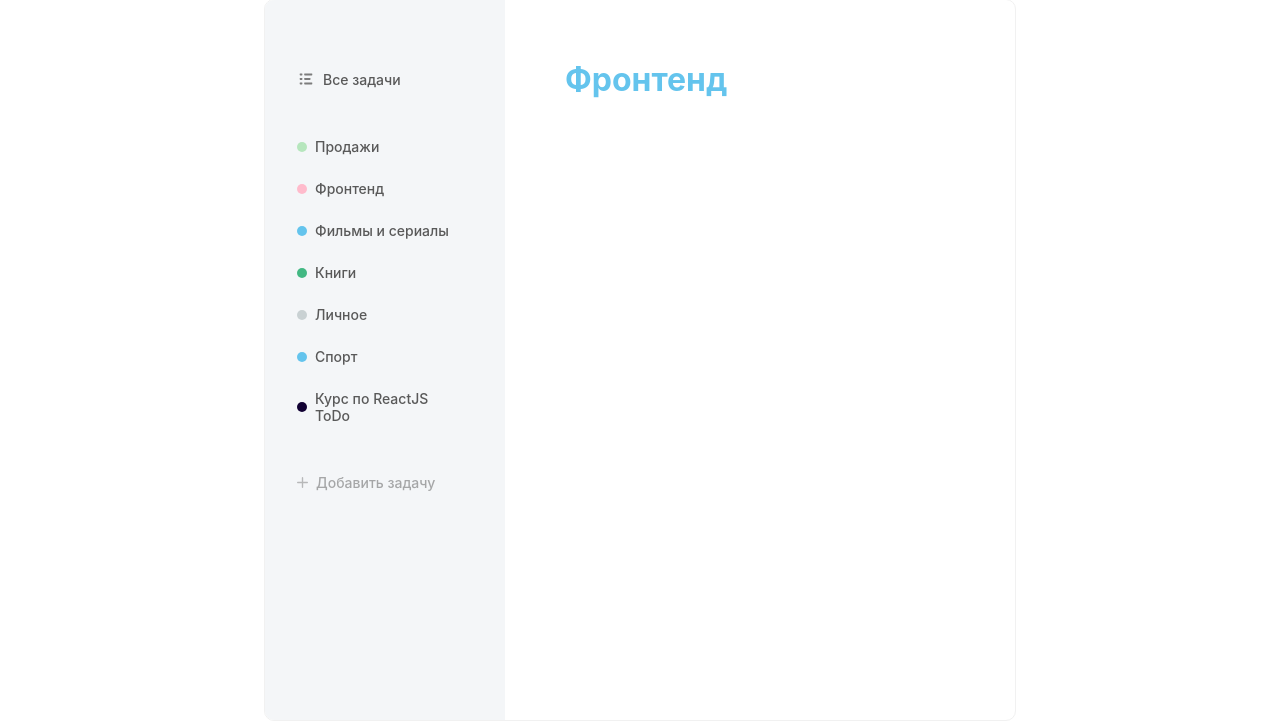
Repository: AzimAzimov/Todo
Page: /
These files come from the project's save history. The page is drawn as it stood at one moment and after the next save; the edit follows.
The browser window is 1280 px wide. The pictures show the whole page.
The project was rebuilt for these pictures with package versions that can differ from the ones it lists, and the page was loaded fresh each time. Also part of the build but not shown: src/components/addButtonList/AddListButton.scss.

Above is the page before, as saved 2023-03-01 15:34:38.

### src/index.js
import React from 'react';
import ReactDOM from 'react-dom/client';
import './scss/index.scss';
import App from './App';

const root = ReactDOM.createRoot(document.getElementById('root'));
root.render(
  <React.StrictMode>
    <App />
  </React.StrictMode>
);

### src/scss/index.scss
@import "_normalize.scss";

body {
  margin: 0;
  font-family: -apple-system, BlinkMacSystemFont, 'Segoe UI', 'Montserrat', 'Oxygen',
    'Ubuntu', 'Cantarell', 'Fira Sans', 'Droid Sans', 'Helvetica Neue',
    sans-serif;
  -webkit-font-smoothing: antialiased;
  -moz-osx-font-smoothing: grayscale;
}

.todo {
  display: flex;
  position: absolute;
  left: 50%;
  top: 50%;
  width: 750px;
  height: 100vh;
  transform: translate(-50%, -50%);
  border: 1px solid #f1f1f1;
  border-radius: 10px;
  overflow: hidden;
  font-size: 14px;
  &__sidebar {
    background: #F4F6F8;
    width: 200px;
    height: calc(100% - 120px);
    padding: 60px 20px;
  }

  &__tasks {
    flex: 1;
    padding: 60px;
    h2 {
      font-weight: 700;
      font-size: 32px;
      line-height: 39px;
      color: #64C4ED;
    }
  }

}

### src/App.js
import React, { useState } from 'react';
import AddButtonList from './components/addButtonList/AddButtonList';

import List from './components/sidebar/List';
import DB from './assets/db.json'
import './scss/index.scss';


function App() {

  const [ value, setValue ] = useState('')
  const [ lists, setLists ] = useState(
    DB.lists.map(item => {
      item.color = DB.colors.filter(color => color.id === item.colorId)[0].name;
      return item;
    })
  )

  const onAddList = (obj) => {
    const newList = [...lists, obj]
    setLists(newList)
    console.log("Добавлен список", newList, lists);
  }

  return (
    <div className="todo">
      <div className="todo__sidebar">
        <List items={[
          {
            icon: (
              <svg width="18" height="18" viewBox="0 0 18 18" fill="none" xmlns="http://www.w3.org/2000/svg">
                <path d="M12.96 8.10001H7.74001C7.24321 8.10001 7.20001 8.50231 7.20001 9.00001C7.20001 9.49771 7.24321 9.90001 7.74001 9.90001H12.96C13.4568 9.90001 13.5 9.49771 13.5 9.00001C13.5 8.50231 13.4568 8.10001 12.96 8.10001V8.10001ZM14.76 12.6H7.74001C7.24321 12.6 7.20001 13.0023 7.20001 13.5C7.20001 13.9977 7.24321 14.4 7.74001 14.4H14.76C15.2568 14.4 15.3 13.9977 15.3 13.5C15.3 13.0023 15.2568 12.6 14.76 12.6ZM7.74001 5.40001H14.76C15.2568 5.40001 15.3 4.99771 15.3 4.50001C15.3 4.00231 15.2568 3.60001 14.76 3.60001H7.74001C7.24321 3.60001 7.20001 4.00231 7.20001 4.50001C7.20001 4.99771 7.24321 5.40001 7.74001 5.40001ZM4.86001 8.10001H3.24001C2.74321 8.10001 2.70001 8.50231 2.70001 9.00001C2.70001 9.49771 2.74321 9.90001 3.24001 9.90001H4.86001C5.35681 9.90001 5.40001 9.49771 5.40001 9.00001C5.40001 8.50231 5.35681 8.10001 4.86001 8.10001ZM4.86001 12.6H3.24001C2.74321 12.6 2.70001 13.0023 2.70001 13.5C2.70001 13.9977 2.74321 14.4 3.24001 14.4H4.86001C5.35681 14.4 5.40001 13.9977 5.40001 13.5C5.40001 13.0023 5.35681 12.6 4.86001 12.6ZM4.86001 3.60001H3.24001C2.74321 3.60001 2.70001 4.00231 2.70001 4.50001C2.70001 4.99771 2.74321 5.40001 3.24001 5.40001H4.86001C5.35681 5.40001 5.40001 4.99771 5.40001 4.50001C5.40001 4.00231 5.35681 3.60001 4.86001 3.60001Z" fill="black"/>
              </svg>
            ),
            name: 'Все задачи',
          }
        ]} />
        <List
          items={lists}
          isRemovable={true}
          onRemove={(eee)=> {console.log(eee)}}
        />
        <AddButtonList onAdd={onAddList} colors={DB.colors} />
      </div>
      <div className='todo__tasks'>
        <h2>Фронтенд</h2>
      </div>
    </div>
  );
}

export default App;

### src/scss/_normalize.scss
* {
  padding: 0;
  margin: 0;
  list-style: none;
  outline: none;
}

html {
  -ms-text-size-adjust: 100%;
  -webkit-text-size-adjust: 100%;
}

body {
  -moz-osx-font-smoothing: grayscale;
  -webkit-font-smoothing: antialiased;

}

a,
span,
p,
b,
h1,
h2,
h3,
h4,
h5 {
  margin: 0;
  padding: 0;
  text-decoration: none
}

h1 {
  font-size: 48px;
}

h2 {
  font-weight: 600;
  font-size: 28px;
  line-height: 30px;
}

a {
  text-decoration: none;
}

### src/components/addButtonList/AddButtonList.jsx
import React, { useState } from 'react'

import Badge from '../badge/Badge';
import List from '../sidebar/List'
import closePopup from "../../assets/img/close.svg"
import "./AddListButton.scss"


const AddButtonList = ({ colors, onAdd }) => {
  const [visiblePopup, setVisiblePopup] = useState(false);
  const [selectedColor, selectColor] = useState(colors[0].id);
  const [inputValue, setInputValue] = useState('')

  const onClose = () => {
    setVisiblePopup(false)
    setInputValue('')
    selectColor(colors[0].id)
  }

  const addList = () => {
    if (!inputValue) {
      alert('Введи название списка епт...')
      return;
    }
    const color = colors.filter(c => c.id === selectedColor)[0].name;
    onAdd({ id: Math.random(), name: inputValue, color: color });
    onClose()
  }

  return (
    <div className="add__list">
      <List
        onClick={()=> setVisiblePopup(true)}
        items={[
          {
            className: 'todo__list__button',
            icon: (
              <svg width="11" height="11" viewBox="0 0 16 16" fill="none" xmlns="http://www.w3.org/2000/svg">
                <path d="M8 1V15" stroke="black" strokeWidth="2" strokeLinecap="round" strokeLinejoin="round"/>
                <path d="M1 8H15" stroke="black" strokeWidth="2" strokeLinecap="round" strokeLinejoin="round"/>
              </svg>
            ),
            name: 'Добавить задачу'
          }
        ]}
      />
      {visiblePopup &&
        <div className="add__list__popup">
          <img onClick={onClose} src={closePopup} alt="close" className="add__list__popup__close" />

          <input
            value={inputValue}
            onChange={e => setInputValue(e.target.value)}
            className='field'
            type='text'
            placeholder='Название списка'
          />

          <div className="add__list__popup__colors">
            {colors.map(color => (
              <Badge
                onClick={()=> selectColor(color.id)}
                key={color.id}
                color={color.name}
                className={selectedColor === color.id && 'active'}
              />
            ))}
          </div>
          <button
            className='button'
            onClick={addList}
          >
            Добавить
          </button>
        </div>
      }
    </div>
  )
}

export default AddButtonList

### src/components/sidebar/List.jsx
import React from 'react'
import classNames from 'classnames';

import './List.scss';
import Badge from '../badge/Badge';
import removeIcon from '../../assets/img/remove.svg'


const List = ({ items, isRemovable, onClick, onRemove }) => {

  const removeList = (item) => {
    if (window.confirm('Удалить список, ёпт?')) {
      onRemove(item)
    }
  }

  return (
    <ul onClick={onClick} className='todo__list'>
      {items.map((item, index) => (
        <li key={index} className={classNames(item.className, { active: item.active })}>
          <i>{item.icon ? item.icon : <Badge color={item.color} />}</i>
          <span>{item.name}</span>
          {isRemovable &&
            <img
              onClick={()=> removeList(item)}
              className='todo__list__remove__icon'
              src={removeIcon} alt="remove"
            />
          }
        </li>
      ))}
    </ul>
  )
}

export default List

### src/assets/db.json
{
  "lists": [
    {
      "id": 1,
      "name": "Продажи",
      "colorId": 5
    },
    {
      "id": 2,
      "name": "Фронтенд",
      "colorId": 4
    },
    {
      "id": 3,
      "name": "Фильмы и сериалы",
      "colorId": 3
    },
    {
      "id": 4,
      "name": "Книги",
      "colorId": 2
    },
    {
      "id": 5,
      "name": "Личное",
      "colorId": 1
    },
    {
      "name": "Спорт",
      "colorId": 3,
      "id": 6
    },
    {
      "name": "Курс по ReactJS ToDo",
      "colorId": 7,
      "id": 7
    }
  ],
  "tasks": [
    {
      "id": 1,
      "listId": 2,
      "text": "Изучить JavaScript",
      "completed": true
    },
    {
      "id": 2,
      "listId": 2,
      "text": "Изучить паттерны проектирования",
      "completed": false
    },
    {
      "id": 3,
      "listId": 2,
      "text": "ReactJS Hooks (useState, useReducer, useEffect и т.д.)",
      "completed": true
    },
    {
      "id": 4,
      "listId": 2,
      "text": "Redux (redux-observable, redux-saga)",
      "completed": false
    },
    {
      "listId": 2,
      "text": "123",
      "completed": true,
      "id": 5
    },
    {
      "listId": 1,
      "text": "test",
      "completed": false,
      "id": 6
    },
    {
      "listId": 1,
      "text": "qweqwe",
      "completed": false,
      "id": 7
    },
    {
      "listId": 1,
      "text": "qweqwe",
      "completed": true,
      "id": 8
    },
    {
      "listId": 1,
      "text": "123",
      "completed": false,
      "id": 9
    },
    {
      "listId": 4,
      "text": "Купить 1984!",
      "completed": true,
      "id": 10
    },
    {
      "listId": 2,
      "text": "222",
      "completed": true,
      "id": 12
    },
    {
      "listId": 7,
      "text": "Сделали сайдбар",
      "completed": true,
      "id": 15
    },
    {
      "listId": 7,
      "text": "Сделали список задач",
      "completed": true,
      "id": 16
    },
    {
      "listId": 7,
      "text": "Сделали удаление и редактирование задач и списков",
      "completed": true,
      "id": 17
    },
    {
      "listId": 8,
      "text": "tttt",
      "completed": false,
      "id": 18
    }
  ],
  "colors": [
    {
      "id": 1,
      "hex": "#C9D1D3",
      "name": "grey"
    },
    {
      "id": 2,
      "hex": "#42B883",
      "name": "green"
    },
    {
      "id": 3,
      "hex": "#64C4ED",
      "name": "blue"
    },
    {
      "id": 4,
      "hex": "#FFBBCC",
      "name": "pink"
    },
    {
      "id": 5,
      "hex": "#B6E6BD",
      "name": "lime"
    },
    {
      "id": 6,
      "hex": "#C355F5",
      "name": "purple"
    },
    {
      "id": 7,
      "hex": "#110133",
      "name": "black"
    },
    {
      "id": 8,
      "hex": "#FF6464",
      "name": "red"
    }
  ]
}

### src/components/badge/Badge.jsx
import React from 'react'
import "./Barge.scss"


const Badge = ({ color, onClick, className }) => {
  return (
    <i onClick={onClick} className={`badge badge__${color} ${className}`}></i>
  )
}

export default Badge

### src/components/sidebar/List.scss

.todo__list {
  margin-bottom: 30px;
  &__button {
    opacity: 0.5;
    &:hover {
      opacity: 1;
    }
    svg {
      transition: all 0.3s ease;
      path {
        stroke: #7C7C7C;
      }
    }
    span {
      color: #7c7c7c;
      transition: all 0.3s ease;
    }
  }

  li {
    display: flex;
    align-items: center;
    gap: 8px;
    padding: 10px 12px;
    margin-bottom: 5px;
    cursor: pointer;
    position: relative;
    &:hover {
      background: rgba(190, 190, 190, 0.08);
      img {
        opacity: 0.3;
      }
    }

    .todo__list__remove__icon {
      opacity: 0;
      width: 10px;
      height: 10px;
      &:hover {
        opacity: 0.6;
      }
    }

    &.active {
      background: #FFFFFF;
      box-shadow: 0px 2px 10px rgba(0, 0, 0, 0.04);
      border-radius: 4px;
    }

    i {
      display: inline-flex;
      svg {
        path {
          fill: #7C7C7C;
        }
      }
    }

    span {
      font-weight: 500;
      color: #595959;
      flex: 1;
    }
  }
}

### src/components/badge/Barge.scss
  .badge {
    display: inline-block;
    width: 10px;
    height: 10px;
    border-radius: 50%;

    &__green {
      background-color: #42B883;
    }

    &__blue {
      background-color: #64C4ED;
    }

    &__pink {
      background-color: #FFBBCC;
    }

    &__red {
      background-color: #FF6464;
    }

    &__black {
      background-color: #110133;
    }

    &__purple {
      background-color: #C355F5;
    }

    &__lime {
      background-color: #B6E6BD;
    }

    &__grey {
      background-color: #C9D1D3;
    }

    &__purple {
      background-color: #C355F5;
    }
  }

Loaded but not shown: public/index.html (common file)

After the next save:
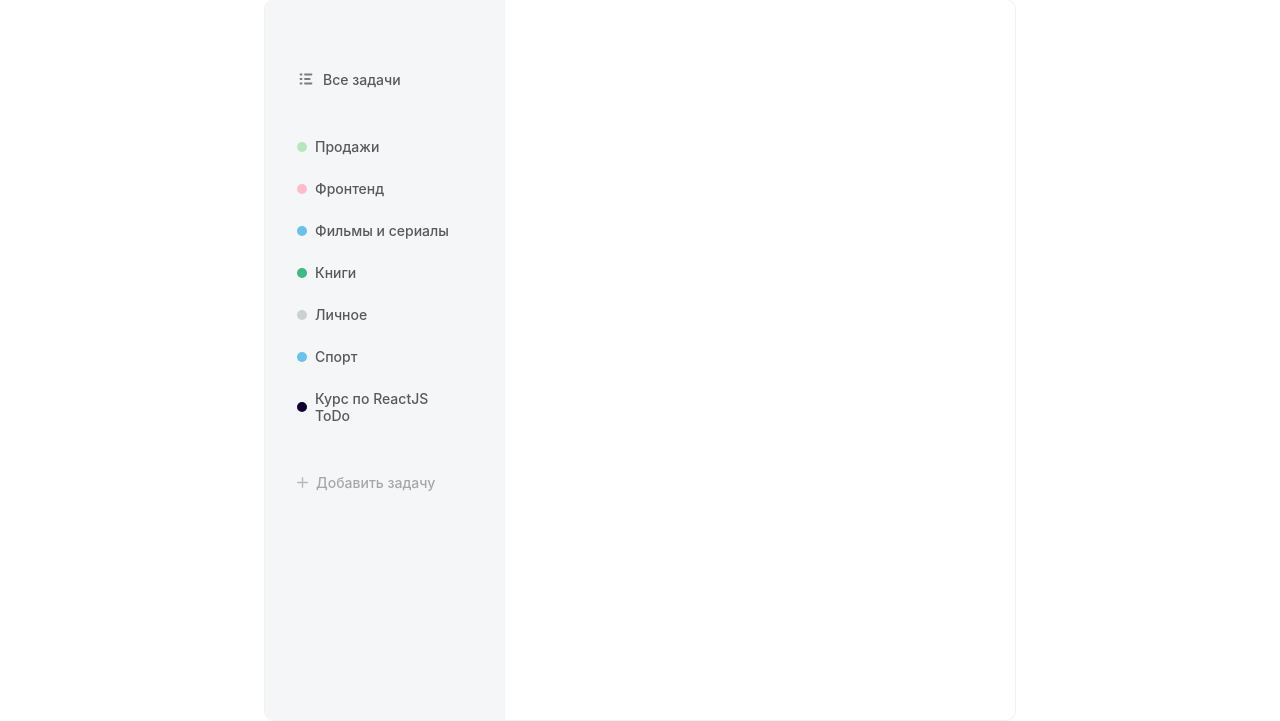
Saved 105 s later.
--- a/src/App.js
+++ b/src/App.js
@@ -43,7 +43,7 @@
         <AddButtonList onAdd={onAddList} colors={DB.colors} />
       </div>
       <div className='todo__tasks'>
-        <h2>Фронтенд</h2>
+
       </div>
     </div>
   );

After the 6 saves that followed:
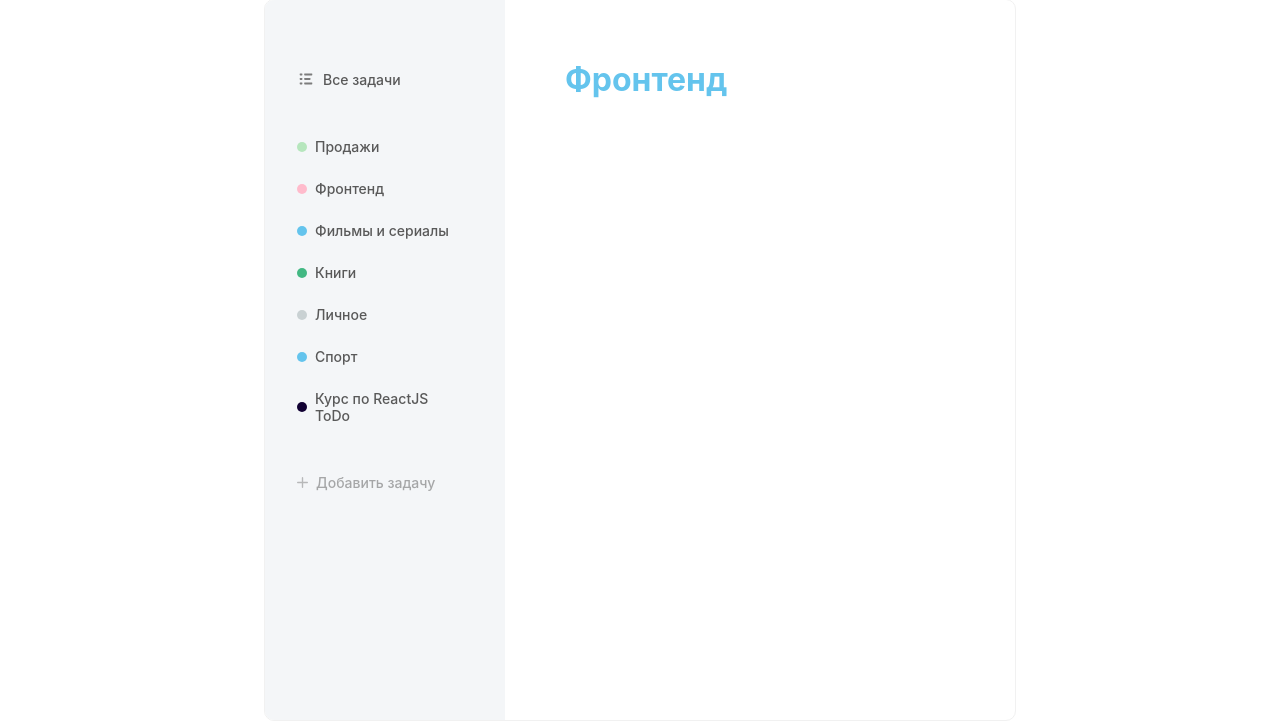
The 6 saves are shown as one change because 1 left the picture as it was and some came seconds apart.
The last was saved 19 s later.
--- a/src/App.js
+++ b/src/App.js
@@ -43,7 +43,9 @@
         <AddButtonList onAdd={onAddList} colors={DB.colors} />
       </div>
       <div className='todo__tasks'>
-
+        <div className='task'>
+          <h2>Фронтенд</h2>
+        </div>
       </div>
     </div>
   );
